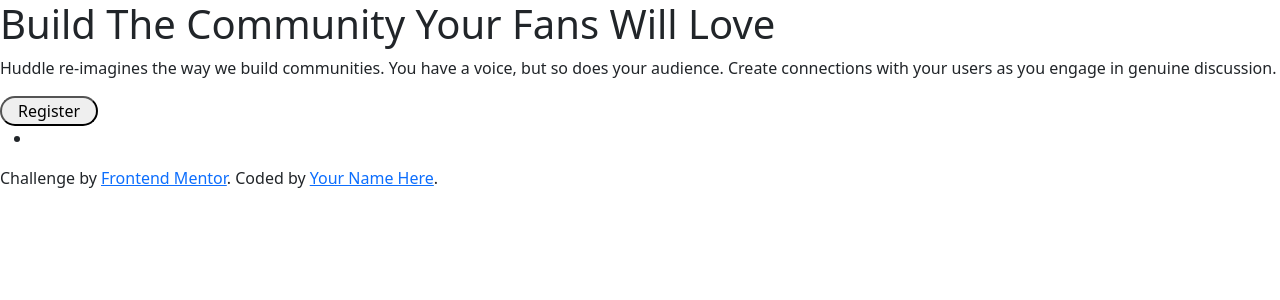
Repository: blordeus/huddle-landing-page-with-single-introductory-section-master
Page: index.html
The author's editor kept a copy of each file at every save. The page is drawn from the files as they stood at one save, then again after the next save.
The browser window is 1280 px wide. The pictures show the whole page.

Above is the page before, as saved 2023-08-31 19:08:58.

After the next save:
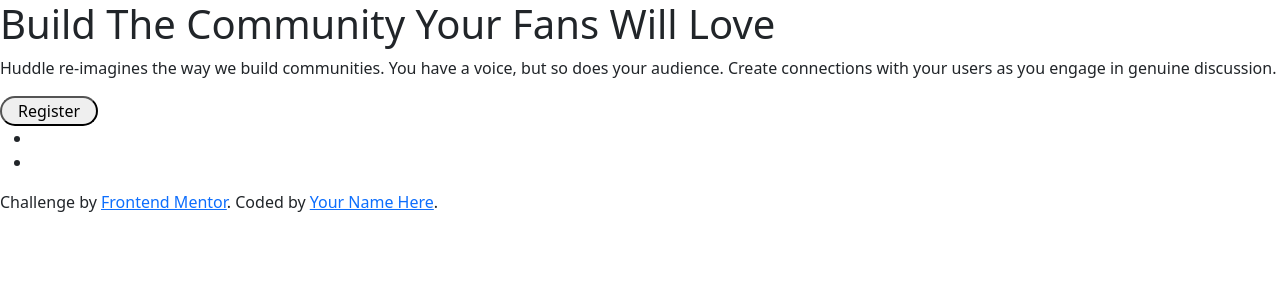
Saved 5 s later.
--- a/index.html
+++ b/index.html
@@ -26,7 +26,7 @@
   <div>
     <ul>
       <i class="fas fa-facebook    "></i>
-      <i class="fas fa-twitter    "></i>
+      <li><i class="fas fa-twitter    "></i></li>
       <li><i class="fas fa-instagram  "></i></li>
     </ul>
   </div>
